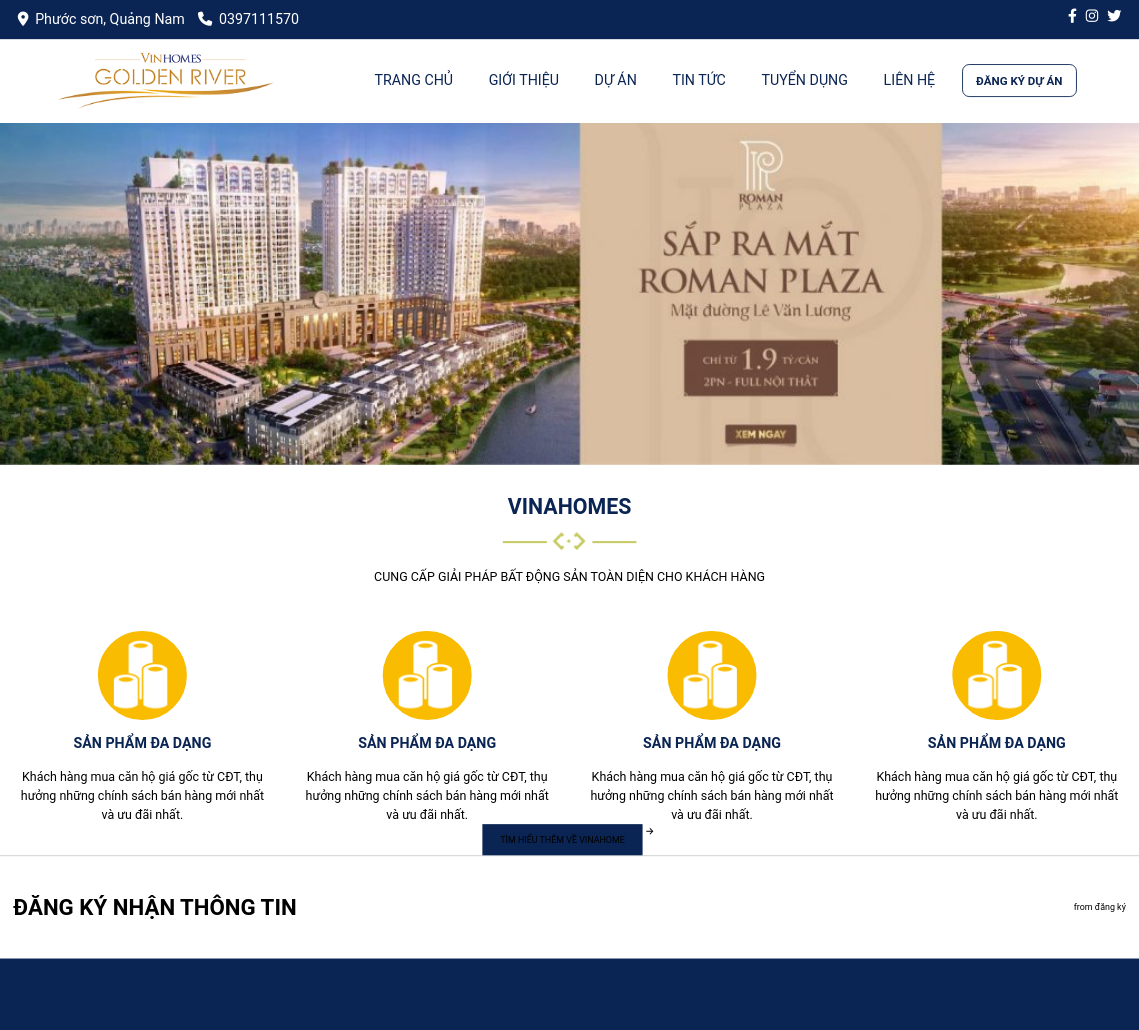
Repository: phamphuc2/fontend-bds
Page: index.html
The author's editor kept a copy of each file at every save. The page is drawn from the files as they stood at one save, then again after the next save.
The browser window is 1280 px wide. The pictures show the part of the page from y = 0 to 1157 px (the page is 1620 px tall), at 89% of full size.
A picture or video elsewhere on the page could not be fetched, so the positions and the page height are approximate. Some web libraries are served in a nearby version.

Above is the page before, as saved 2022-06-08 15:29:01.

After the next save:
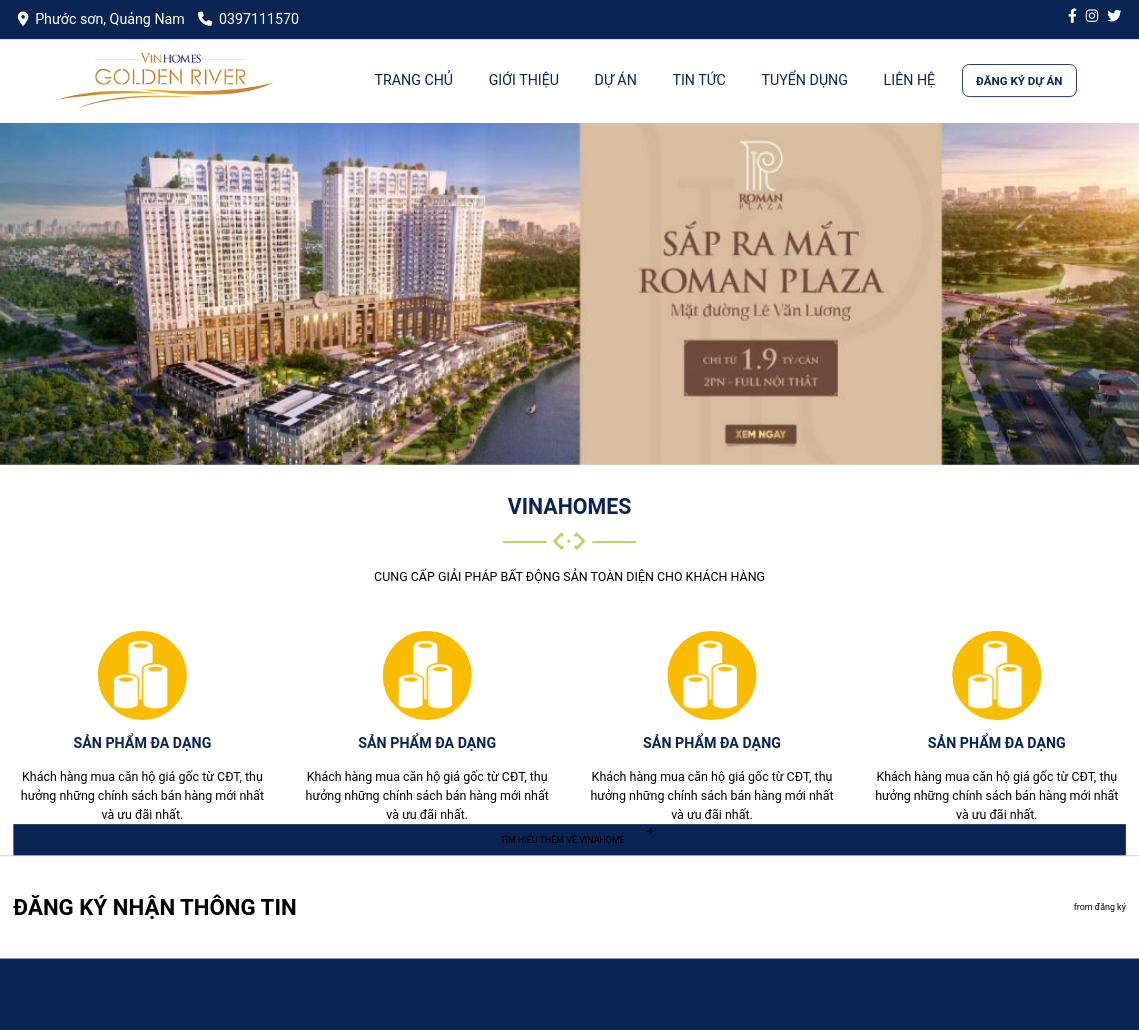
Saved 13 s later.
--- a/assets/css/theme.css
+++ b/assets/css/theme.css
@@ -261,11 +261,12 @@
 .vinahome .btn-learn-about {
     display: flex;
     justify-content: center;
+    background: var(--background-header);
 }
 
 .vinahome .btn-learn-about a{
     padding: 10px 20px;
-    background: var(--background-header);
+
 }
 
 
